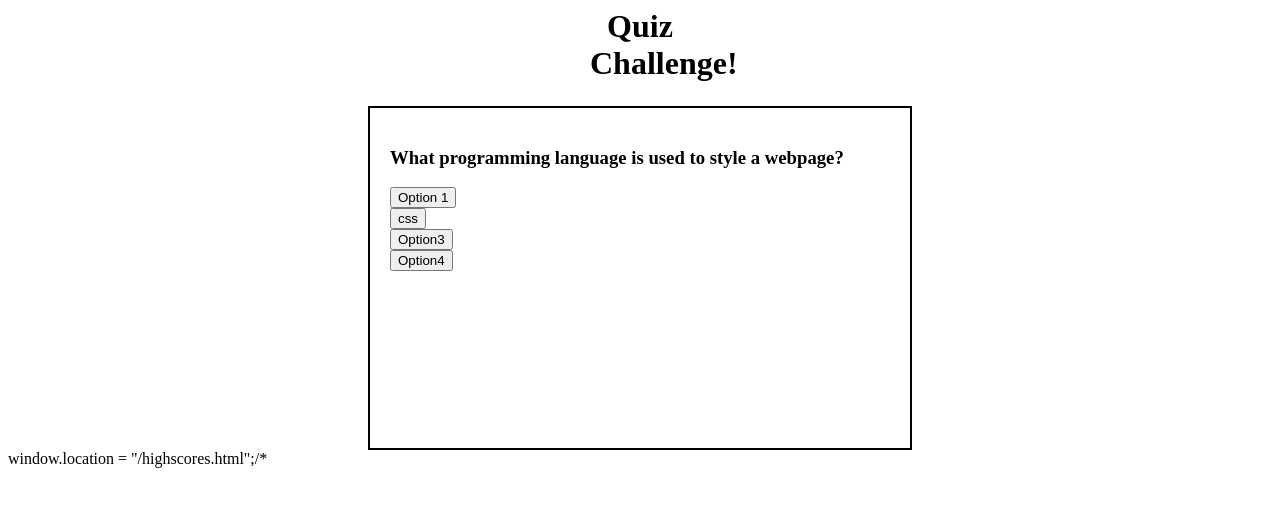
Repository: s88leigh/Quiz-Challenge
Page: index.html
These files come from the project's save history. The page is drawn as it stood at one moment and after the next save; the edit follows.
The browser window is 1280 px wide. The pictures show the whole page.

Above is the page before, as saved 2019-10-19 10:08:06.

### index.html
<!DOCTYPE html>
<html lang="en">

<head>
    <meta charset="UTF-8">
    <meta name="viewport" content="width=device-width, initial-scale=1.0">
    <meta http-equiv="X-UA-Compatible" content="ie=edge">
    <link rel="stylesheet" type="text/css" href="style.css">
    <title>Quiz</title>


</head>

<body>
    <h1 id="title">Quiz Challenge!</h1>
    <br>
    <div id="question-box">

        <h3 id="question">question</h3>
        <div id="answers"></div>

    </div>

    <script src="./script.js"></script>
    window.location = "/highscores.html";/*
</body>

</html>

### style.css
#title {
    width: 100px;
    height: 50px;
    margin: auto;
    margin-bottom: 30px;
    text-align: center;
}

#question-box {
    width: 500px;
    height:300px;
    padding: 20px;
    margin: auto;
    border: 2px solid black;
}

/* time tracker
*, *::before, *::after {
    box-sizing: border-box;
  }

  html {
    font-size: 16px;
    font-family: 'Segoe UI', Tahoma, Geneva, Verdana, sans-serif;
  }

  body {
    margin: 0;
    padding: 0;
    font-weight: normal;
  }

  .wrapper {
    width: 800px;
    margin: 0 auto;
    text-align: center;
  }

  h1 {
    font-size: 3em;
  }

  #add, #subtract {
    border-radius: 4px;
    border-style: none;
    box-shadow: rgba(34,36,38,.15) 0 0 0 0 inset;
    color: #fff;
    cursor: pointer;
    font-family: "Helvetica Neue",Arial,Helvetica,sans-serif;
    font-size: 1em;
    font-weight: 700;
    line-height: 0;
    padding: 20px;
  }

  #add {
    background-color: #2185d0;
  }

  #add:hover {
    background-color: #1678c2;
  }

  #subtract {
    background-color: #db2828;
  }

  #subtract:hover {
    background-color: #CF1919;
  }
   */

### script.js
// var btn1 = document.getElementById("btn1");
// var btn2 = document.getElementById("btn2");
// var btn3 = document.getElementById("btn3");
// var btn4 = document.getElementById("btn4");
var currQuestionDiv = document.getElementById("question");
var answersDiv = document.getElementById("answers");

var questions = [
    {
        questionText: "What programming language is used to style a webpage?",
        choices: ["Option 1", "css", "Option3", "Option4"],
        answer: "css"
    },
    {
        questionText: "Which one is a DOM element?",
        choices: ["Option 1", "Option 2", "addEventListener", "Option4"],
        answer: "addEventListener"
    },
    {
        questionText: "Which is a DOM attribute?",
        choices: ["value", "Option 2", "Option3", "Option4"],
        answer: "value"
    },
    {
        questionText: "What are the inputs of a function called?",
        choices: ["Option 1", "Option 2", "Option3", "parameters"],
        answer: "parameters"
    },
    {
        questionText: "What is the output of a function called?",
        choices: ["Option 1", "Option 2", "Option3", "parameters"],
        answer: "return"
    }
];


var questIndex = 0;
var seconds
var timerInterval;

function startTimer(){
    clearInterval(timerInterval);
    seconds = 10;
    timerInterval = setInterval(function(){
        console.log(seconds, timerInterval);
        seconds--;
        if(seconds === 0){
            clearInterval(timerInterval);
            questIndex++;
            if(questIndex > questions.length){
                questionText();
            }
        }
    }, 1 * 1000);

}
function questionText() {
    startTimer();

    var currentQuestion = questions[questIndex];
    currQuestionDiv.innerText = currentQuestion.questionText;

    answersDiv.innerHTML = "";
    for (var i = 0; i < currentQuestion.choices.length; i++) {
        var button = document.createElement("button");
        var newline = document.createElement("br");
        button.innerText = currentQuestion.choices[i];
        button.onclick = clickButton;
        button.setAttribute("value", currentQuestion.choices[i])

        answersDiv.appendChild(button)
        answersDiv.appendChild(newline)
    }
};

function clickButton() {
    var choice = this.value;

    if(choice === questions[questIndex].answer){
        alert("Correct")
    } else {
        alert("Incorrect. Try again!")
        // for( var i=0; i < choice.length; i++);
    }
    questIndex++;
    questionText();
}
questionText()
// for (var i = 0; i < questions.length; i++) {
//     // get the question
//     var question = questions[i];
//     // get the question text and do something with it, put it on document
//     question.questionText;
// }

// questionText()

After the next save:
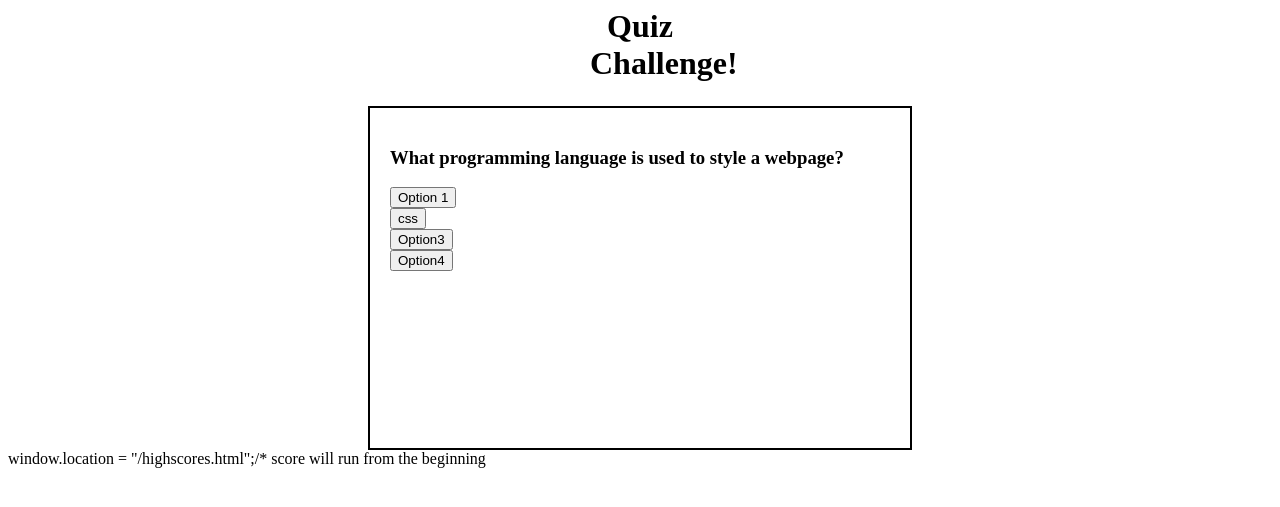
Saved 12 s later.
--- a/index.html
+++ b/index.html
@@ -22,7 +22,7 @@
     </div>
 
     <script src="./script.js"></script>
-    window.location = "/highscores.html";/*
+    window.location = "/highscores.html";/* score will run from the beginning
 </body>
 
 </html>
